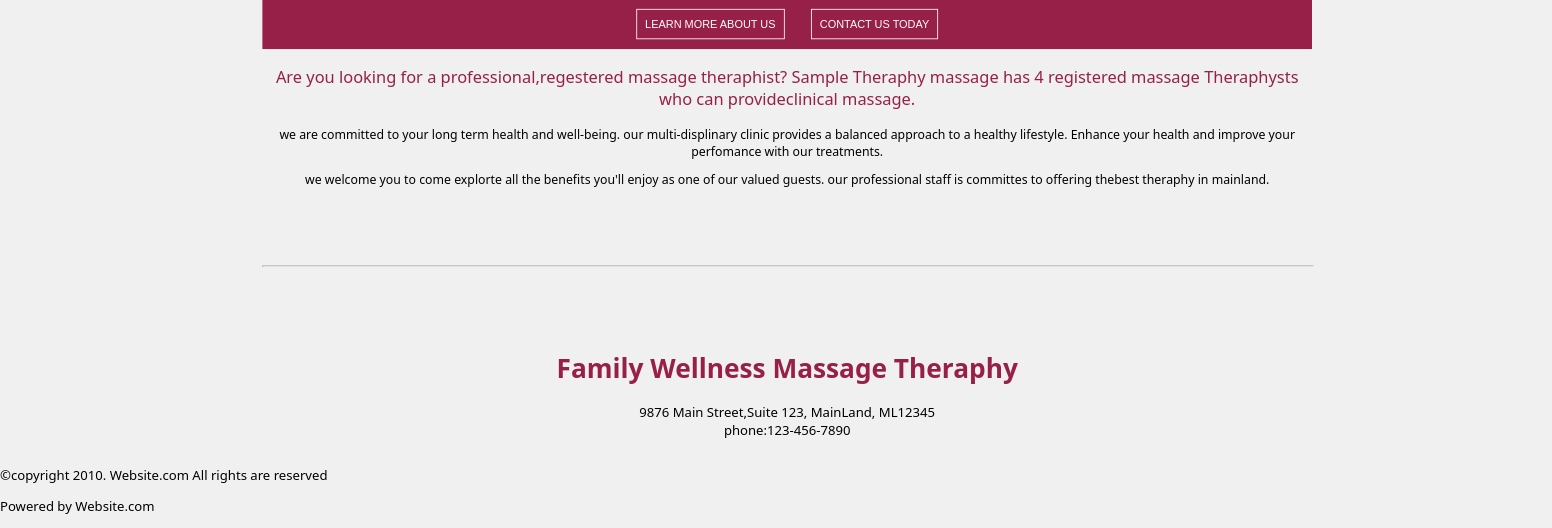
Repository: sriram1224/reactas1.github.io
Page: /
These files come from the project's save history. The page is drawn as it stood at one moment and after the next save; the edit follows.
The browser window is 1280 px wide. The page is 1893 px wide, so the pictures cover 1893 px, including what lies to the right of the window. The pictures show the part of the page from y = 1073 to 1717 px (the page is 1717 px tall), at 82% of full size.
Some web fonts or font styles are not loaded; a fallback is used. The project was rebuilt for these pictures with package versions that can differ from the ones it lists, and the page was loaded fresh each time. Also part of the build but not shown: src/App.css.

Above is the page before, as saved 2024-03-05 20:02:34.

After the next save:
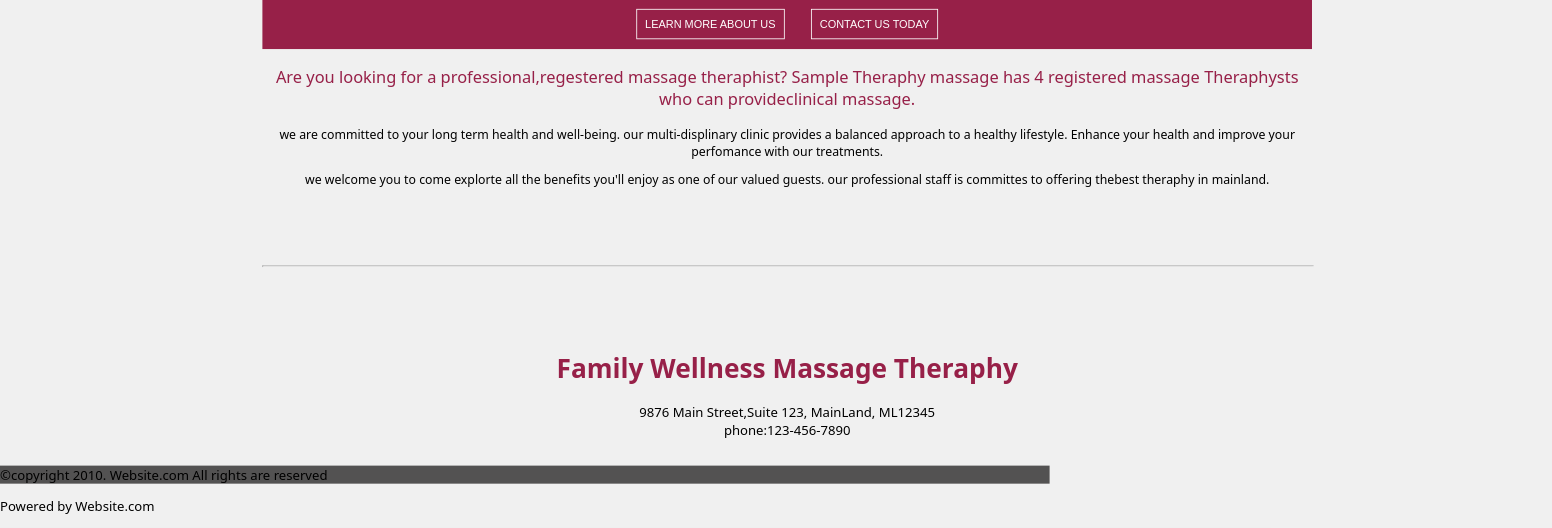
Saved 17 s later.
--- a/src/Components/Footer.css
+++ b/src/Components/Footer.css
@@ -1,4 +1,4 @@
 .footer-element1{
 
-
+    background-color: #535252
 }
